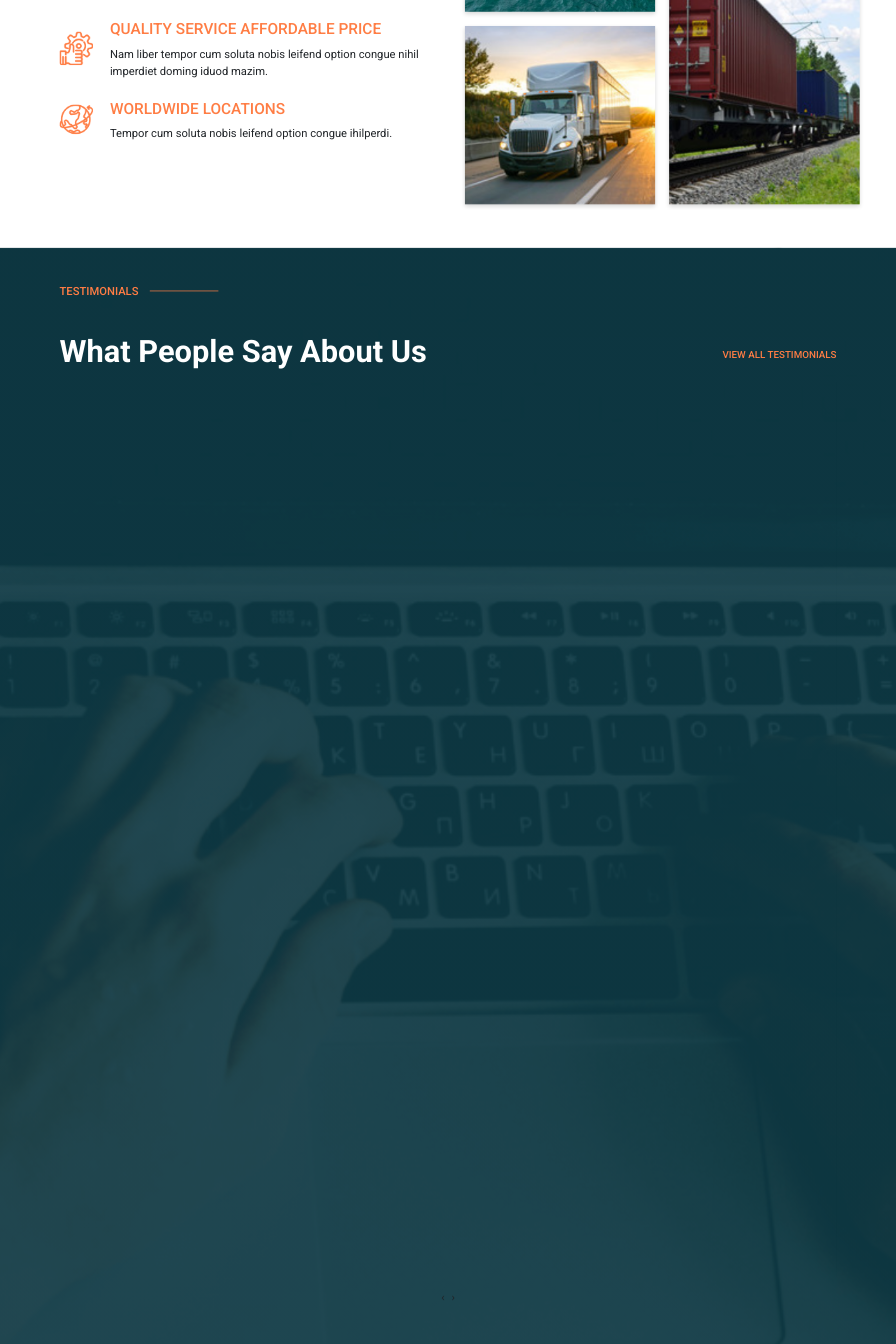
Repository: nazmulalok/shipping-theme
Page: index.html
These files come from the project's save history. The page is drawn as it stood at one moment and after the next save; the edit follows.
The browser window is 1280 px wide. The pictures show the part of the page from y = 2853 to 4773 px (the page is 4773 px tall before and 3663 px after), at 70% of full size.
Some web libraries are served in a nearby version.

Above is the page before, as saved 2022-10-09 10:39:23.

### index.html
<!DOCTYPE html>
<html lang="en">

    <head>
        <meta charset="UTF-8">
        <meta http-equiv="X-UA-Compatible" content="IE=edge">
        <meta name="viewport" content="width=device-width, initial-scale=1.0">
        <link rel="preconnect" href="https://fonts.googleapis.com">
        <link rel="preconnect" href="https://fonts.gstatic.com" crossorigin>
        <link
            href="https://fonts.googleapis.com/css2?family=Roboto:ital,wght@0,300;0,400;0,500;0,700;0,900;1,300;1,400;1,500;1,700;1,900&display=swap"
            rel="stylesheet">
        <link rel="stylesheet"
            href="https://cdnjs.cloudflare.com/ajax/libs/OwlCarousel2/2.3.4/assets/owl.carousel.min.css"
            integrity="sha512-tS3S5qG0BlhnQROyJXvNjeEM4UpMXHrQfTGmbQ1gKmelCxlSEBUaxhRBj/EFTzpbP4RVSrpEikbmdJobCvhE3g=="
            crossorigin="anonymous" referrerpolicy="no-referrer" />
        <link rel="stylesheet"
            href="https://cdnjs.cloudflare.com/ajax/libs/OwlCarousel2/2.3.4/assets/owl.theme.default.min.css"
            integrity="sha512-sMXtMNL1zRzolHYKEujM2AqCLUR9F2C4/05cdbxjjLSRvMQIciEPCQZo++nk7go3BtSuK9kfa/s+a4f4i5pLkw=="
            crossorigin="anonymous" referrerpolicy="no-referrer" />
        <link rel="stylesheet" href="https://cdnjs.cloudflare.com/ajax/libs/font-awesome/6.2.0/css/all.min.css"
            integrity="sha512-xh6O/CkQoPOWDdYTDqeRdPCVd1SpvCA9XXcUnZS2FmJNp1coAFzvtCN9BmamE+4aHK8yyUHUSCcJHgXloTyT2A=="
            crossorigin="anonymous" referrerpolicy="no-referrer" />
        <link rel="stylesheet" href="https://cdn.jsdelivr.net/npm/bootstrap@4.0.0/dist/css/bootstrap.min.css"
            integrity="sha384-Gn5384xqQ1aoWXA+058RXPxPg6fy4IWvTNh0E263XmFcJlSAwiGgFAW/dAiS6JXm" crossorigin="anonymous">
        <link rel="stylesheet" href="style.css">
        <title>Document</title>
    </head>

    <body>
        <header class="header-top">
            <div class="container">
                <div class="top-bar">
                    <p class="m-0">Dolor sit amet, consetetur sadipscing elitr sed diam</p>
                    <div>
                        <span class="mr-4">Shipment Tracker</span>
                        <span>Login</span>
                    </div>
                </div>
                <div class="header-area">
                    <div class="logo">
                        <img src="images/shipping-logo.svg" alt="Shipping Logo">
                    </div>
                    <nav>
                        <ul>
                            <li><a href="#">Home</a></li>
                            <li><a href="#">About Us</a></li>
                            <li><a href="#">Service</a></li>
                            <li><a href="#">Project</a></li>
                            <li><a href="#">Blog</a></li>
                            <li><a href="#">News & Events</a></li>
                            <li><a href="#">Contact Us</a></li>
                        </ul>
                    </nav>
                    <div class="nav-btn">
                        <a class="common-btn mr-3" href="#">Get A Quote</a>
                        <i class="fa-solid fa-ellipsis-vertical"></i>
                    </div>
                </div>
            </div>
        </header>
        <!-- Slider -->
        <section>
            <div class="main-slider">
                <div class="container">
                    <div class="slide-content">
                        <div class="slide-text">
                            <div class="slider-title mb-4">Lorem ips<br>
                                dolor sit ametcon<br>
                                sadips cing</div>
                            <p>Nam liber tempor cum soluta nobis eleifend option</p>
                            <div class="sliderBtn mt-5"><a class="common-btn mr-4" href="#">Get Started Now</a><a
                                    class="common-btn outline-btn" href="#">Learn More</a></div>
                        </div>
                    </div>
                </div>
            </div>
        </section>
        <!-- Slider Ends -->
        <div class="common-sec">
            <div class="container">
                <div class="row align-items-center mb-5">
                    <div class="col-lg-6">
                        <h1 class="border-heading">Duis Autem Vel Eumri
                            Ure Dolor In Hend</h1>
                    </div>
                    <div class="col-lg-6">
                        <p class="ms-4">Nam liber tempor cum soluta nobis eleifend option congue nihil imperdiet doming
                            id quod mazim
                            placerat facer possim assum. Lorem ipsum dolor sit amet, consectetuer adipiscing.</p>
                    </div>
                </div>
                <div class="row mt-5">
                    <div class="col-lg-6">
                        <div class="video-box img-box img-shadow">
                            <img src="images/ship-products.jpg" alt="Ship Products" />
                            <a data-fancybox="" href="" class="video-btn">
                                <i class="fa fa-play"></i>
                            </a>
                        </div>
                        <div class="exp-section">
                            <div class="exp-title ml-4">
                                25
                            </div>
                            <div class="exp-paragraph">
                                Years <br>Experience <br>In It
                            </div>
                            <img src="images/exp-bg.png" alt="Experience">
                        </div>
                    </div>
                    <div class="col-lg-6">
                        <span class="sp-title">About Us</span>
                        <h2 class="mb-5">Lorem Ipsum Dolo
                            Sit Amet Conse</h2>
                        <p class="mb-5">Lorem ipsum dolor sit amet, consetetur sadipscing elitr, sed diam nonumy eirmod
                            tempor
                            invidunt.</p>
                        <div class="boxes">
                            <div class="common-box">
                                <div class="content">
                                    <i class="fa-solid fa-bullseye mb-4"></i>
                                    <div class="box-title mb-4">
                                        Our Mission
                                    </div>
                                    <p class="mb-4">Lorem, ipsum dolor sit amet consectetur adipisicing elit. Beatae,
                                        fuga. Commodi
                                        rerum
                                        officia voluptates.</p>
                                    <a href="#" class="more-btn">More</a>
                                </div>
                            </div>
                            <div class="common-box">
                                <div class="content">
                                    <i class="fa-regular fa-eye mb-4"></i>
                                    <div class="box-title mb-4">
                                        Our Vision
                                    </div>
                                    <p class="mb-4">Lorem, ipsum dolor sit amet consectetur adipisicing elit. Beatae,
                                        fuga. Commodi
                                        rerum
                                        officia voluptates.</p>
                                    <a href="#" class="more-btn">More</a>
                                </div>
                            </div>
                        </div>
                    </div>
                </div>
            </div>
        </div>
        <div class="common-sec service-sec">
            <div class="container">
                <div class="row align-items-center">
                    <div class="col-lg-4">
                        <span class="sp-title">Services</span>
                        <h2 class="mb-5">Our Services</h2>
                        <p class="mb-5">Nam liber tempor cum soluta nobis leifend option congue nihil imperdiet doming
                            iduod mazim placerat facer possim assum. orem ipsum dolor sit amet, consectetuer ipiscing
                            elit, sed diam nonummy nibh.</p>
                        <a href="#" class="common-btn">More Services</a>
                    </div>
                    <div class="col-lg-8">
                        <div class="row">
                            <div class="col-lg-6 p-0">
                                <div class="common-box">
                                    <div class="content">
                                        <i class="fa-solid fa-truck-moving mb-4"></i>
                                        <div class="box-title mb-4">
                                            Truck Shipping
                                        </div>
                                        <p class="mb-4">Lorem ipsum dolor sit amet, consetetur sadipscing elitr, sed
                                            diam nonumy eirmod tempor invidunt.</p>
                                        <a href="#" class="more-btn">More</a>
                                    </div>
                                </div>
                            </div>
                            <div class="col-lg-6 p-0">
                                <div class="common-box">
                                    <div class="content">
                                        <i class="fa-solid fa-plane mb-4"></i>
                                        <div class="box-title mb-4">
                                            Air Shipping
                                        </div>
                                        <p class="mb-4">Lorem ipsum dolor sit amet, consetetur sadipscing elitr, sed
                                            diam nonumy eirmod tempor invidunt.</p>
                                        <a href="#" class="more-btn">More</a>
                                    </div>
                                </div>
                            </div>
                            <div class="col-lg-6 p-0">
                                <div class="common-box">
                                    <div class="content">
                                        <i class="fa-solid fa-train-subway mb-4"></i>
                                        <div class="box-title mb-4">
                                            Railway Shipping
                                        </div>
                                        <p class="mb-4">Lorem, ipsum dolor sit amet consectetur adipisicing elit.
                                            Beatae,
                                            fuga. Commodi
                                            rerum
                                            officia voluptates.</p>
                                        <a href="#" class="more-btn">More</a>
                                    </div>
                                </div>
                            </div>
                            <div class="col-lg-6 p-0">
                                <div class="common-box">
                                    <div class="content">
                                        <i class="fa-solid fa-ship mb-4"></i>
                                        <div class="box-title mb-4">
                                            Ocean Shipping
                                        </div>
                                        <p class="mb-4">Lorem, ipsum dolor sit amet consectetur adipisicing elit.
                                            Beatae,
                                            fuga. Commodi
                                            rerum
                                            officia voluptates.</p>
                                        <a href="#" class="more-btn">More</a>
                                    </div>
                                </div>
                            </div>
                        </div>
                    </div>
                </div>
            </div>
        </div>
        <div class="common-sec why-choose-sec">
            <div class="container">
                <div class="row align-items-center">
                    <div class="col-lg-6">
                        <span class="sp-title">Why Choose Us</span>
                        <h3 class="mb-5">What Makes Us <br>
                            Different?</h3>
                        <div class="why-choose-box">
                            <div class="common-box d-flex align-items-center mb-4">
                                <div class="img-box mr-4">
                                    <img src="images/satisfied-customers.png" alt="Satisfied Customers">
                                </div>
                                <div>
                                    <div class="box-title mb-2">
                                        100% Satisfied Customers
                                    </div>
                                    <p>Nam liber tempor cum soluta nobis leifend option congue nihil imperdiet
                                        doming iduod mazim.</p>
                                </div>
                            </div>
                            <div class="common-box d-flex align-items-center mb-4">
                                <div class="img-box mr-4">
                                    <img src="images/quality-services.png" alt="Quality Services">
                                </div>
                                <div>
                                    <div class="box-title mb-2">
                                        Quality Service Affordable Price
                                    </div>
                                    <p>Nam liber tempor cum soluta nobis leifend option congue nihil imperdiet
                                        doming iduod mazim.</p>
                                </div>
                            </div>
                            <div class="common-box d-flex align-items-center mb-4">
                                <div class="img-box mr-4">
                                    <img src="images/worldwide-locations.png" alt="Worldwide Locations">
                                </div>
                                <div>
                                    <div class="box-title mb-2">
                                        Worldwide Locations
                                    </div>
                                    <p>Tempor cum soluta nobis leifend option congue ihilperdi.</p>
                                </div>
                            </div>
                        </div>
                    </div>
                    <div class="col-lg-6">
                        <div class="img-box">
                            <img src="images/why-choose-shipping.png" alt="Why Choose Shipping">
                        </div>
                    </div>
                </div>
            </div>
        </div>
        <div class="py-50 testimonial-sec">
            <div class="container">
                <span class="sp-title">Testimonials</span>
                <div class="testimonial-heading d-flex justify-content-between">
                    <h3>What People Say About Us</h3>
                    <span class="sp-title no-border">View All Testimonials</span>
                </div>



                <div class="owl-carousel owl-theme">
                    <div class="item">

                    </div>
                    <div class="item">
                        <div class="common-box">
                            <div class="img-box">
                                <img src="images/testimonial-user.png" alt="User">
                            </div>
                            <div class="content">
                                <p>"Nam liber tempor cum soluta nobis leifend option congue nihil imperdiet doming iduod
                                    mazim placerat facer possim assum. orem ipsum dolor sit amet, consectetuer ipiscing
                                    elit, sed diam nonummy nibh."</p>
                                <div class="user-details">
                                    <p>Jhon Mike</p>
                                    <p>CEO, Apple.com, USA</p>
                                </div>
                            </div>
                        </div>
                    </div>
                    <div class="item">

                    </div>
                    <div class="item">

                    </div>
                    <div class="item">

                    </div>
                </div>
            </div>
        </div>














        <script src="https://code.jquery.com/jquery-3.2.1.slim.min.js"
            integrity="sha384-KJ3o2DKtIkvYIK3UENzmM7KCkRr/rE9/Qpg6aAZGJwFDMVNA/GpGFF93hXpG5KkN"
            crossorigin="anonymous"></script>
        <script src="https://cdn.jsdelivr.net/npm/popper.js@1.12.9/dist/umd/popper.min.js"
            integrity="sha384-ApNbgh9B+Y1QKtv3Rn7W3mgPxhU9K/ScQsAP7hUibX39j7fakFPskvXusvfa0b4Q"
            crossorigin="anonymous"></script>
        <script src="https://cdn.jsdelivr.net/npm/bootstrap@4.0.0/dist/js/bootstrap.min.js"
            integrity="sha384-JZR6Spejh4U02d8jOt6vLEHfe/JQGiRRSQQxSfFWpi1MquVdAyjUar5+76PVCmYl"
            crossorigin="anonymous"></script>
        <script src="https://cdnjs.cloudflare.com/ajax/libs/jquery/3.6.1/jquery.min.js"
            integrity="sha512-aVKKRRi/Q/YV+4mjoKBsE4x3H+BkegoM/em46NNlCqNTmUYADjBbeNefNxYV7giUp0VxICtqdrbqU7iVaeZNXA=="
            crossorigin="anonymous" referrerpolicy="no-referrer"></script>
        <script src="https://cdnjs.cloudflare.com/ajax/libs/OwlCarousel2/2.3.4/owl.carousel.min.js"
            integrity="sha512-bPs7Ae6pVvhOSiIcyUClR7/q2OAsRiovw4vAkX+zJbw3ShAeeqezq50RIIcIURq7Oa20rW2n2q+fyXBNcU9lrw=="
            crossorigin="anonymous" referrerpolicy="no-referrer"></script>
        <script src="script.js"></script>
    </body>

</html>

Loaded but not shown: script.js (21 lines, source omitted); style.css (502 lines, source omitted)

After the next save:
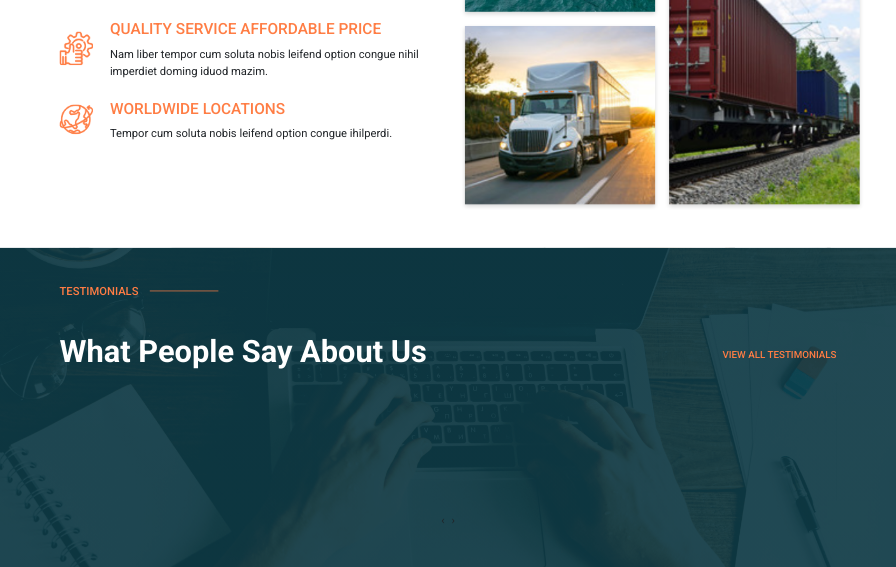
Saved 8 s later.
--- a/index.html
+++ b/index.html
@@ -291,7 +291,7 @@
 
                     </div>
                     <div class="item">
-                        <div class="common-box">
+                        <div class="common-box d-flex">
                             <div class="img-box">
                                 <img src="images/testimonial-user.png" alt="User">
                             </div>
